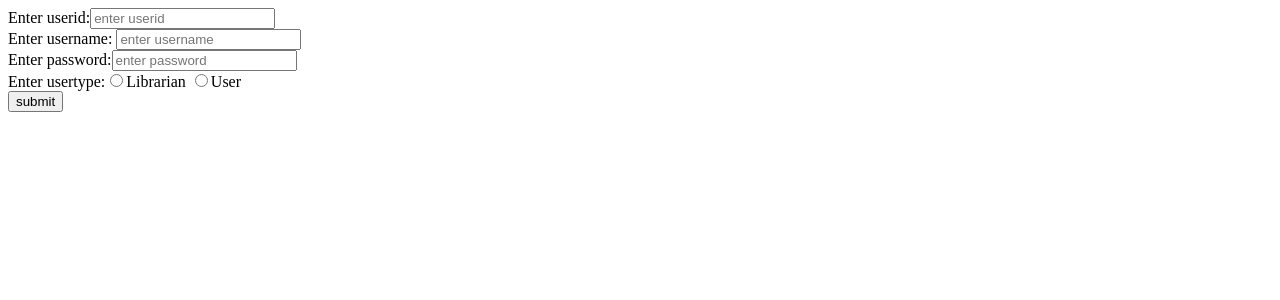
Repository: prashantvadlamani/Library-Management-System
Page: http://localhost/project/register.jsp
An editor plug-in stored every save of this project. The page is shown before and after the next save, followed by the edit.
The browser window is 1280 px wide. The pictures show the whole page.
The page is served by Tomcat 9. Other server files are loaded and not shown.

Above is the page before, as saved 2018-08-21 04:13:29.

### project/WebContent/register.jsp
<%@ page language="java" contentType="text/html; charset=ISO-8859-1"
    pageEncoding="ISO-8859-1"%>
<!DOCTYPE html PUBLIC "-//W3C//DTD HTML 4.01 Transitional//EN" "http://www.w3.org/TR/html4/loose.dtd">
<html>
<head>
<meta http-equiv="Content-Type" content="text/html; charset=ISO-8859-1">
<title>Registration Form</title>
</head>
<body>
	<form>
		Enter userid:<input type="text" id="uid" placeholder="enter userid">
		<br>
		Enter username: <input type="text" id="uname" placeholder="enter username">
		<br>
		Enter password:<input type="password" id="pass" placeholder="enter password">
		<br>
		Enter usertype:<input type="radio" name="utype" id="utype" value="librarian">Librarian
		<input type="radio" name="utype" id="utype" value="user">User
		<br>
		<input type="submit" value="submit">
	</form>
</body>
</html>

After the next save:
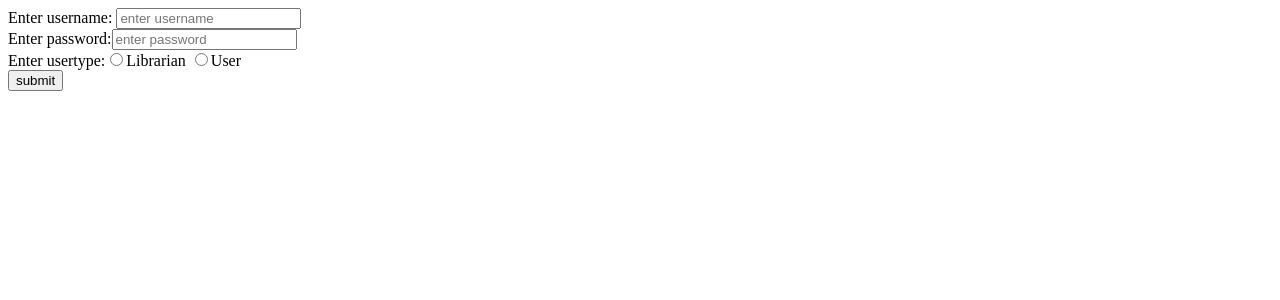
Saved 9 s later.
--- a/project/WebContent/register.jsp
+++ b/project/WebContent/register.jsp
@@ -8,8 +8,6 @@
 </head>
 <body>
 	<form>
-		Enter userid:<input type="text" id="uid" placeholder="enter userid">
-		<br>
 		Enter username: <input type="text" id="uname" placeholder="enter username">
 		<br>
 		Enter password:<input type="password" id="pass" placeholder="enter password">
